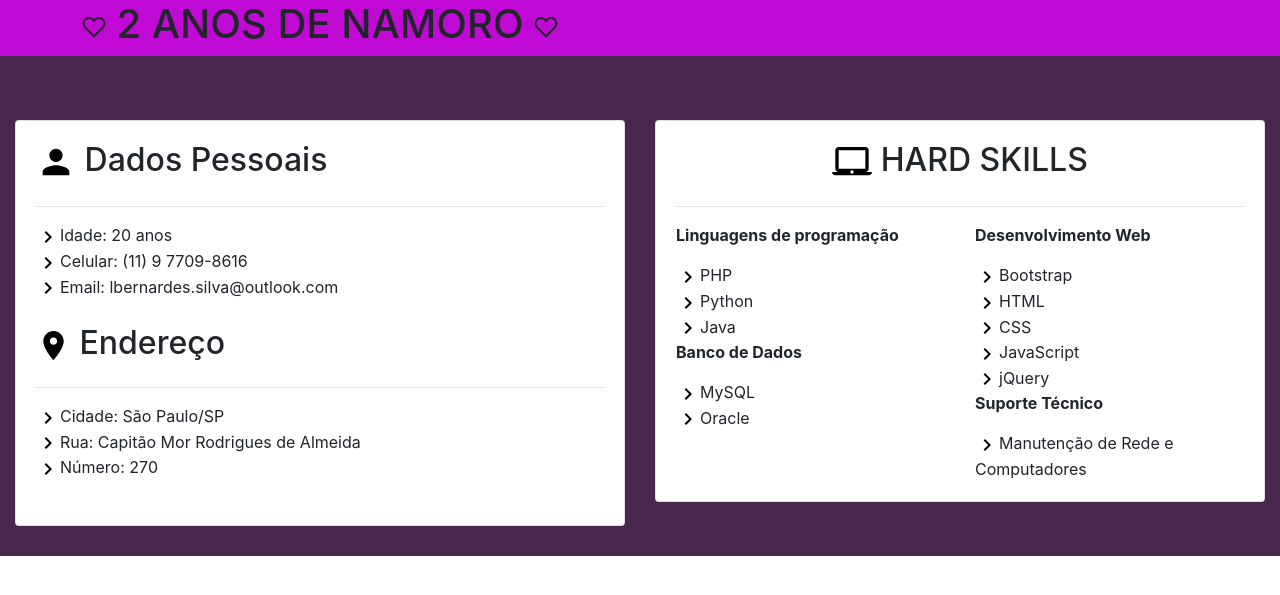
Repository: MeuAmor/meuamor.github.io
Page: index.html
The author's editor kept a copy of each file at every save. The page is drawn from the files as they stood at one save, then again after the next save.
The browser window is 1280 px wide. The pictures show the whole page.

Above is the page before, as saved 2019-08-19 23:19:34.

After the next save:
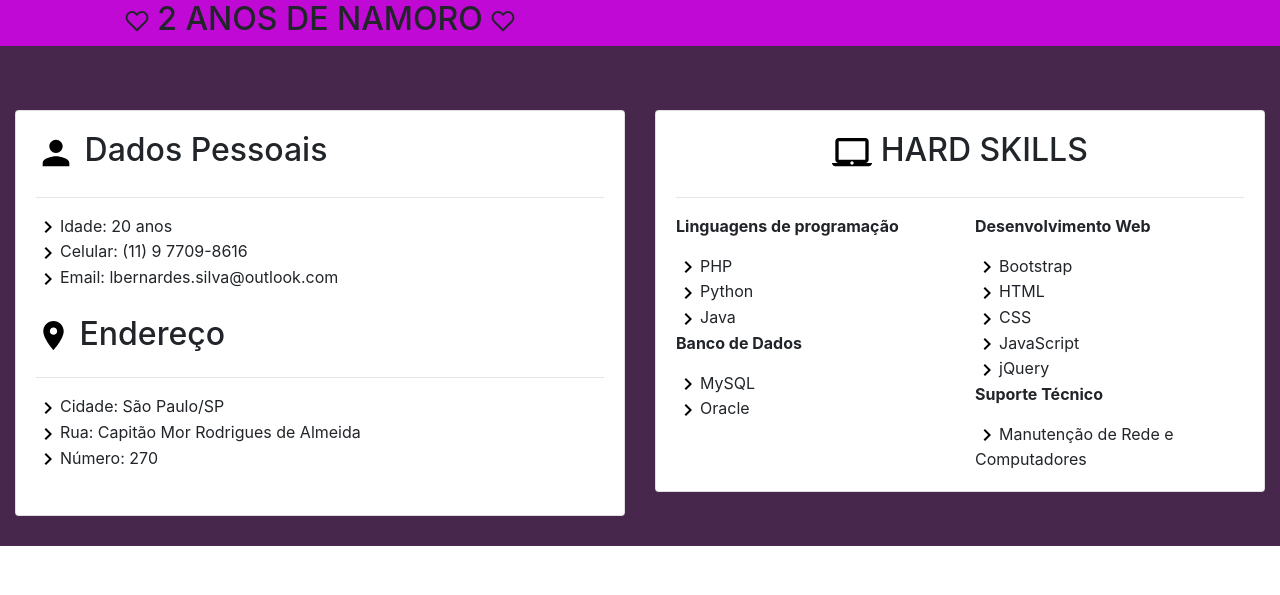
Saved 3 min 22 s later.
--- a/index.html
+++ b/index.html
@@ -22,7 +22,7 @@
 
 	<div class="row" style="background:#c109d6">
 		<div class="col-md-6 text-center">
-			<h1>
+			<h2>
                 <svg xmlns="http://www.w3.org/2000/svg" width="24" height="24" viewBox="0 0 24 24" fill="none" stroke="currentColor"
                         stroke-width="2" stroke-linecap="round" stroke-linejoin="round" class="feather feather-heart">
                     <path d="M20.84 4.61a5.5 5.5 0 0 0-7.78 0L12 5.67l-1.06-1.06a5.5 5.5 0 0 0-7.78 7.78l1.06 1.06L12 21.23l7.78-7.78 1.06-1.06a5.5 5.5 0 0 0 0-7.78z"/>
@@ -32,7 +32,7 @@
                         stroke-width="2" stroke-linecap="round" stroke-linejoin="round" class="feather feather-heart">
                     <path d="M20.84 4.61a5.5 5.5 0 0 0-7.78 0L12 5.67l-1.06-1.06a5.5 5.5 0 0 0-7.78 7.78l1.06 1.06L12 21.23l7.78-7.78 1.06-1.06a5.5 5.5 0 0 0 0-7.78z"/>
                 </svg>
-            </h1>
+            </h2>
 		</div>
 		<div class="col-md-6 " id="redes_sociais">
 			<!-- <a style="margin:10px;" class="btn btn-info btn-xs float-right" href="http://www.linkedin.com/in/leonardo-bernardes-da-silva-a8869b132">
